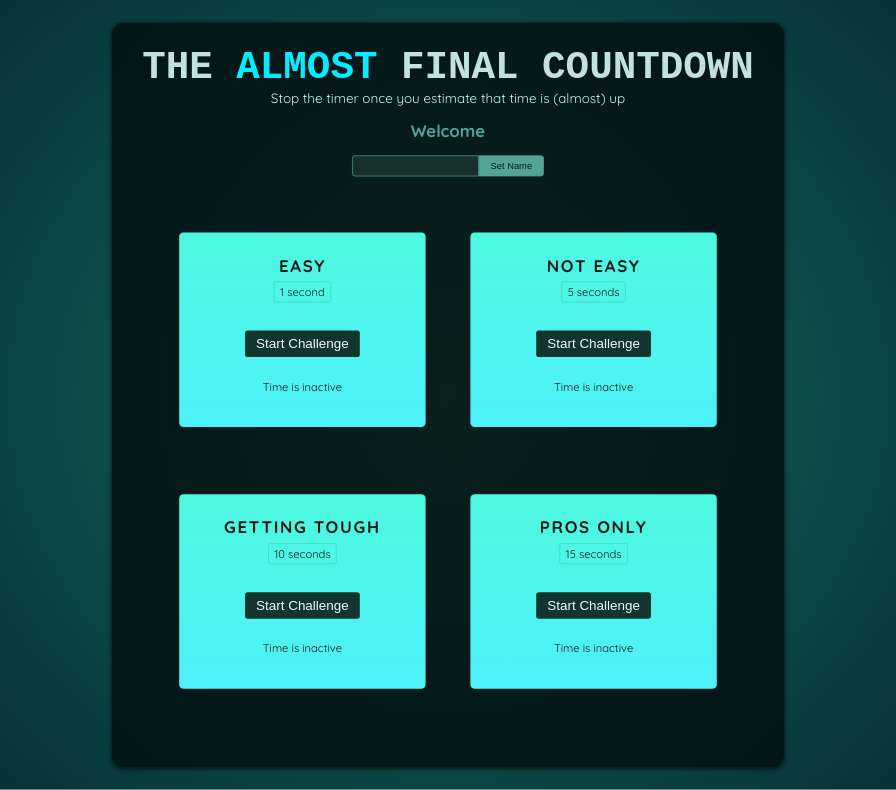
Repository: theshariqueanwer/reactjsts
Page: / (app in react-refs-and-portals/)
These files come from the project's save history. The page is drawn as it stood at one moment and after the next save; the edit follows.
The browser window is 1280 px wide. The pictures show the whole page, at 70% of full size.
Some web fonts or font styles are not loaded; a fallback is used. The project was rebuilt for these pictures with package versions that can differ from the ones it lists, and the page was loaded fresh each time. Also part of the build but not shown: react-refs-and-portals/vite.config.js, react-refs-and-portals/src/components/Player.jsx, react-refs-and-portals/src/components/PlayerWithRefWithoutState.jsx.

Above is the page before, as saved 2024-01-31 02:17:53.

### react-refs-and-portals/src/App.jsx
import Player from './components/Player.jsx';
import PlayerWithRef from './components/PlayerWithRef.jsx';
import PlayerWithRefWithoutState from './components/PlayerWithRefWithoutState.jsx';
import TimerChallenge from './components/TimerChallenge.jsx';

function App() {
  return (
    <>
      {/* <Player /> */}
      <PlayerWithRef />
      {/* <PlayerWithRefWithoutState /> */}
      <div id="challenges">
        <TimerChallenge title="Easy" targetTime={1} />
        <TimerChallenge title="Not Easy" targetTime={5} />
        <TimerChallenge title="Getting Tough" targetTime={10} />
        <TimerChallenge title="Pros Only" targetTime={15} />
      </div>
    </>
  );
}

export default App;

### react-refs-and-portals/src/components/PlayerWithRef.jsx
import { useRef, useState } from "react";

export default function PlayerWithRef() {

  const playerName = useRef();

  const [enteredPlayerName, setEnteredPlayerName] = useState('');

  function handleClick() {
    setEnteredPlayerName(playerName.current.value);
    playerName.current.value= '';
  }

  return (
    <section id="player">
      <h2>Welcome {enteredPlayerName ?? "unknown entity"}</h2>
      <p>
        <input
          type="text"
          ref={playerName}
        />
        <button onClick={handleClick}>Set Name</button>
      </p>
    </section>
  );
}

### react-refs-and-portals/src/components/TimerChallenge.jsx
import { useRef, useState } from "react";
import ResultModal from "./ResultModal";

// let timer;   // here also this is not the solution
// so we can make use of useRef

export default function TimerChallenge({ title, targetTime }) {
  // let timer;   // here also this is not the solution

  const timer = useRef();
  const dialog = useRef();

  const [timerStarted, setTimerStarted] = useState(false);
  const [timerExpired, setTimerExpired] = useState(false);

  function handleStart() {
    // setTimerStarted(true) // we write here or down below

    timer.current = setTimeout(() => {
      setTimerExpired(true);
        //   dialog.current.showModal();
        dialog.current.open();
    }, targetTime * 1000);

    setTimerStarted(true); // we write here or up before
  }

  function handleStop() {
    clearTimeout(timer.current);
  }

  return (
    <>

      {/* {timerExpired && (
        <Resul
        tModal ref={dialog} result="Lost" targetTime={targetTime} />
      )} */}
      {/* <ResultModal ref={dialog} result="Lost" targetTime={targetTime} /> */}

      <ResultModal result="Lost" targetTime={targetTime} ref={dialog} />
      <section className="challenge">
        <h2>{title}</h2>
        {timerExpired && <p>You Lost!</p>}
        <p className="challenge-time">
          {targetTime} second{targetTime > 1 ? "s" : ""}
        </p>
        <p>
          <button onClick={timerStarted ? handleStop : handleStart}>
            {timerStarted ? "Stop" : "Start"} Challenge
          </button>
        </p>
        <p className={timerStarted ? "active" : undefined}>
          {timerStarted ? "Time is Running..." : "Time is inactive"}
        </p>
      </section>
    </>
  );
}

### react-refs-and-portals/src/components/ResultModal.jsx
import { forwardRef, useImperativeHandle, useRef } from "react"

const ResultModal = forwardRef( function ResultModal( { result, targetTime}, ref ) {
// const ResultModal = forwardRef( function ResultModal( props, ref ) {

    const dialog = useRef();


    useImperativeHandle(ref, () => {
        return {
            open() {
                dialog.current.showModal();
            }
        };
    })




    return (
    //   <dialog ref={ref} className="result-modal">
      <dialog ref={dialog} className="result-modal">
        <h2>You {result}</h2>
        <p>
          The Target time was <strong>{targetTime} seconds.</strong>
        </p>
        <p>
          You stopped the timer <strong>x seconds left.</strong>
        </p>
        <form method="dialog">
          <button>Close</button>
        </form>
      </dialog>
    );
})

export default ResultModal

Loaded but not shown: react-refs-and-portals/index.html (common file); react-refs-and-portals/src/main.jsx (common file); react-refs-and-portals/src/index.css (common file)

After the next save:
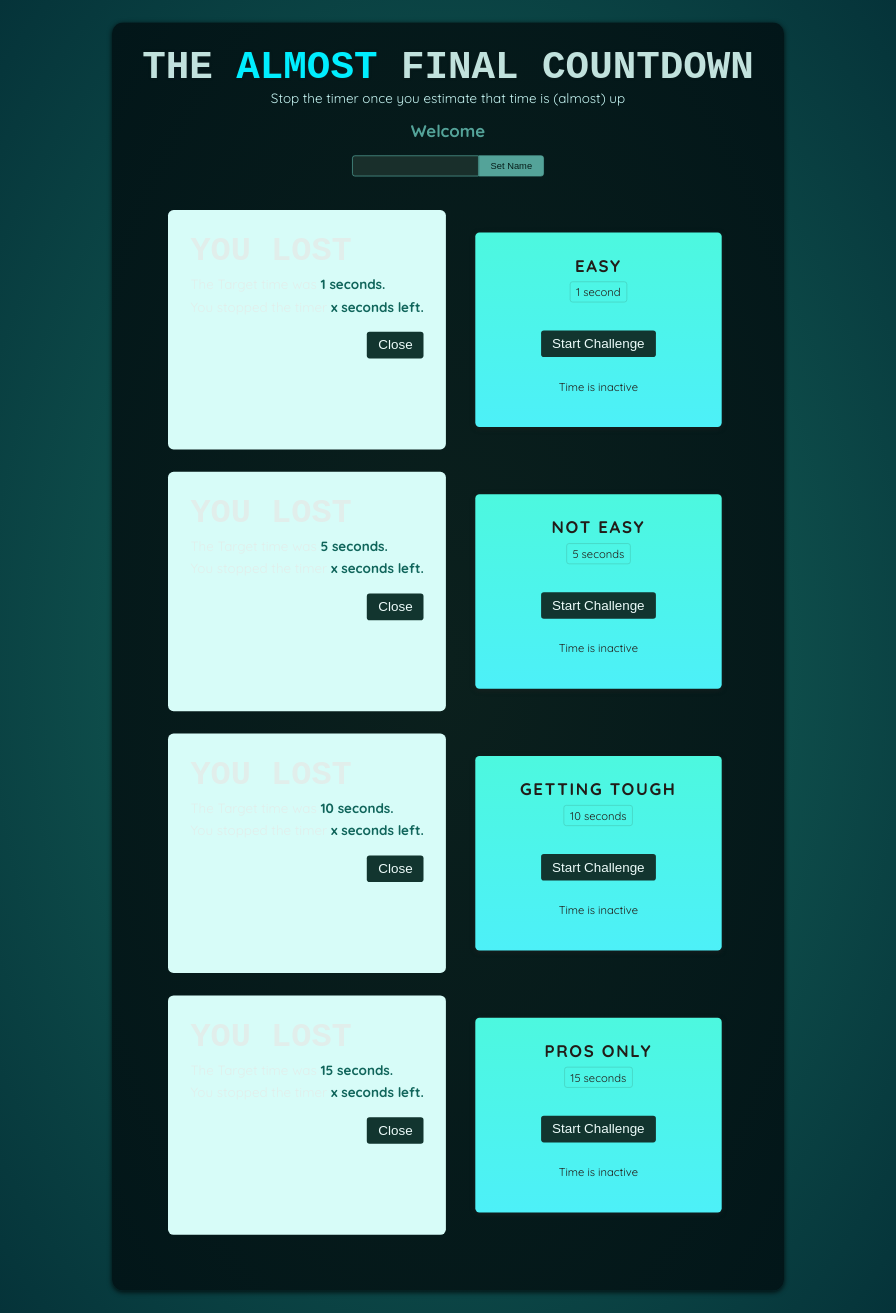
Saved 2 min 26 s later.
--- a/react-refs-and-portals/src/components/ResultModal.jsx
+++ b/react-refs-and-portals/src/components/ResultModal.jsx
@@ -9,7 +9,7 @@
     useImperativeHandle(ref, () => {
         return {
             open() {
-                dialog.current.showModal();
+                // dialog.current.showModal();
             }
         };
     })
@@ -19,7 +19,7 @@
 
     return (
     //   <dialog ref={ref} className="result-modal">
-      <dialog ref={dialog} className="result-modal">
+      <div ref={dialog} className="result-modal">
         <h2>You {result}</h2>
         <p>
           The Target time was <strong>{targetTime} seconds.</strong>
@@ -30,7 +30,7 @@
         <form method="dialog">
           <button>Close</button>
         </form>
-      </dialog>
+      </div>
     );
 })
 

After the 2 saves that followed:
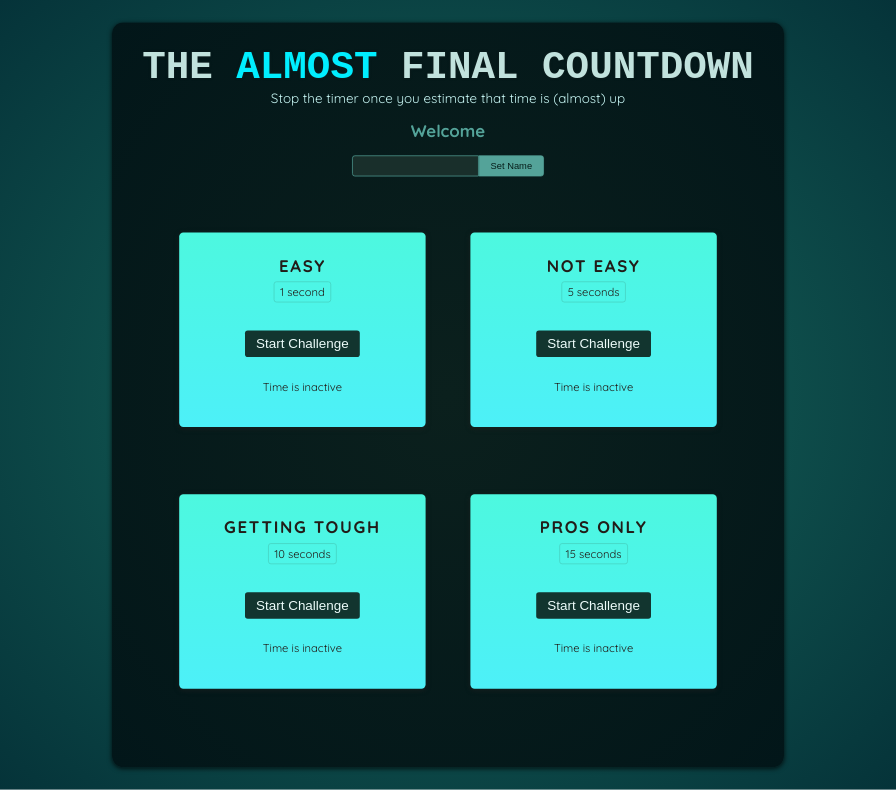
The 2 saves are shown as one change because 1 left the picture as it was.
The last was saved 46 s later.
--- a/react-refs-and-portals/src/components/ResultModal.jsx
+++ b/react-refs-and-portals/src/components/ResultModal.jsx
@@ -9,7 +9,7 @@
     useImperativeHandle(ref, () => {
         return {
             open() {
-                // dialog.current.showModal();
+                dialog.current.showModal();
             }
         };
     })
@@ -19,7 +19,7 @@
 
     return (
     //   <dialog ref={ref} className="result-modal">
-      <div ref={dialog} className="result-modal">
+      <dialog ref={dialog} className="result-modal">
         <h2>You {result}</h2>
         <p>
           The Target time was <strong>{targetTime} seconds.</strong>
@@ -30,7 +30,7 @@
         <form method="dialog">
           <button>Close</button>
         </form>
-      </div>
+      </dialog>
     );
 })
 
